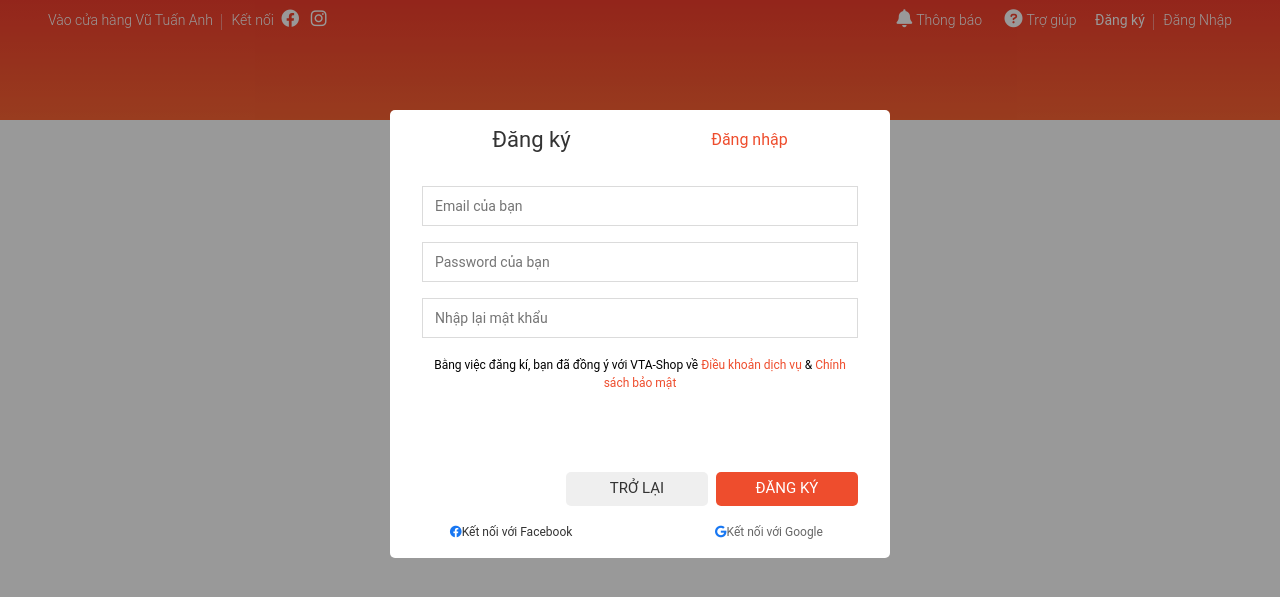
Repository: VuTuanAnh0949/Shopee
Page: index.html
An editor plug-in stored every save of this project. The page is shown before and after the next save, followed by the edit.
The browser window is 1280 px wide. The pictures show the whole page.

Above is the page before, as saved 2022-02-16 14:02:38.

After the next save:
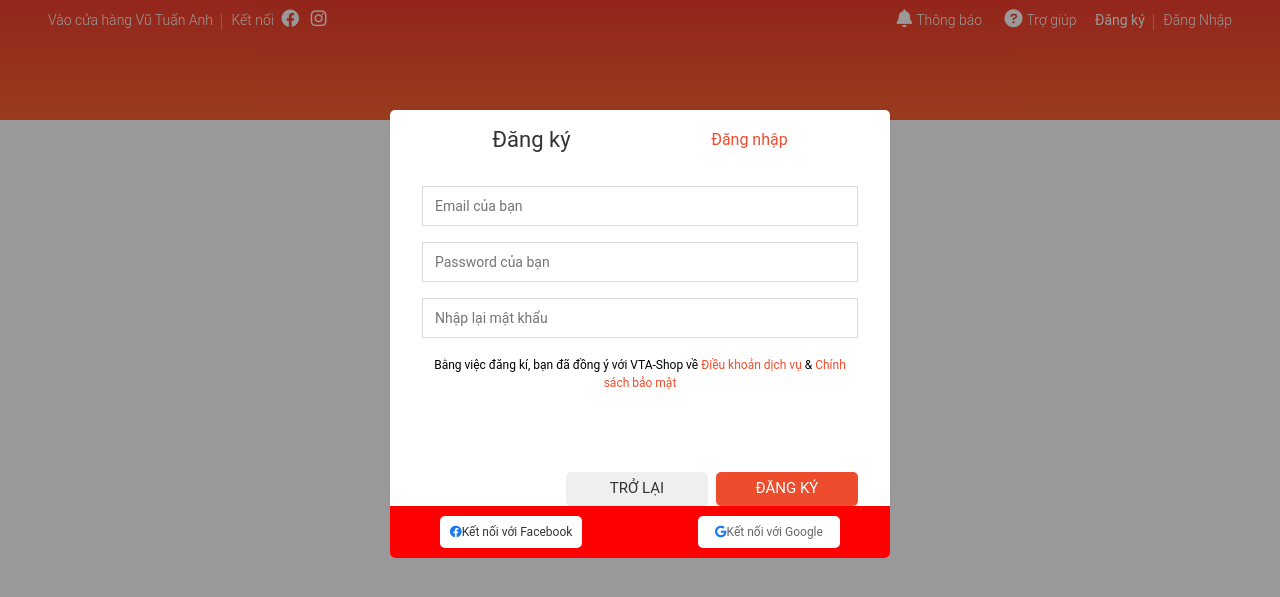
Saved 4 s later.
--- a/assets/css/main.css
+++ b/assets/css/main.css
@@ -288,7 +288,7 @@
 }
 .auth-form__socials--facebook{
   color: var(--white-color);
-  background-color:#red ;
+  background-color:red ;
   display: flex;
   justify-content: space-between;
 }

After the save that followed:
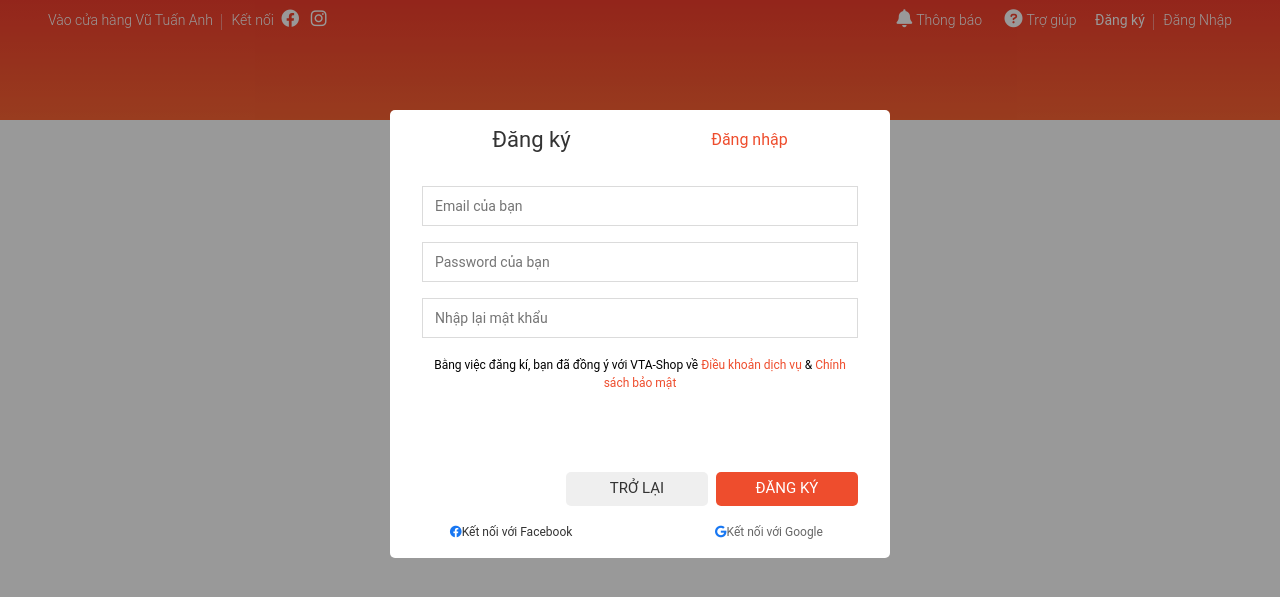
Saved 4 s later.
--- a/assets/css/main.css
+++ b/assets/css/main.css
@@ -288,7 +288,7 @@
 }
 .auth-form__socials--facebook{
   color: var(--white-color);
-  background-color:red ;
+  background-color: ;
   display: flex;
   justify-content: space-between;
 }
